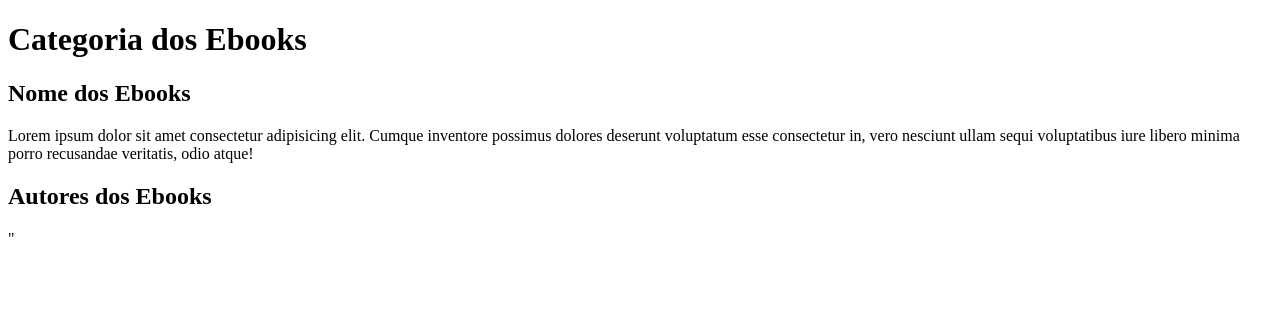
Repository: monfredo18/E-book
Page: Conteúdo.html
The author's editor kept a copy of each file at every save. The page is drawn from the files as they stood at one save, then again after the next save.
The browser window is 1280 px wide. The pictures show the whole page.

Above is the page before, as saved 2025-09-04 17:51:31.

### Conteúdo.html
<!DOCTYPE html>
<html lang="pt-br">
<head>
    <meta charset="UTF-8">
    <meta name="viewport" content="width=device-width, initial-scale=1.0">
    <title>Venda seus Ebooks</title>
</head>
<body>
    <main>
        <header>
            <h1>Categoria dos Ebooks</h1>
        </header>
        <article>
            <h2>Nome dos Ebooks</h2>
            <p>Lorem ipsum dolor sit amet consectetur adipisicing elit. Cumque inventore possimus dolores deserunt voluptatum esse consectetur in, vero nesciunt ullam sequi voluptatibus iure libero minima porro recusandae veritatis, odio atque!</p>
        </article>
        <article>
            <h2>Autores dos Ebooks</h2>
            <p></p>
        </article>
    </main>
</body>
</html>"

After the next save:
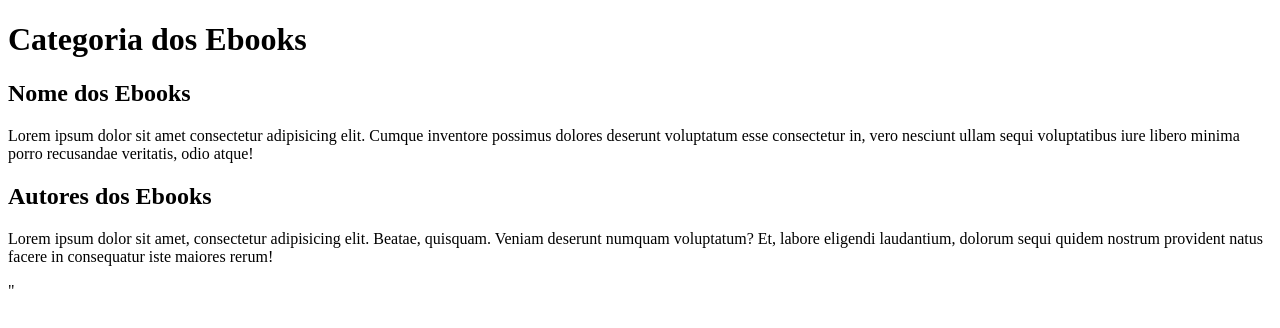
Saved 4 s later.
--- a/Conteúdo.html
+++ b/Conteúdo.html
@@ -16,7 +16,7 @@
         </article>
         <article>
             <h2>Autores dos Ebooks</h2>
-            <p></p>
+            <p>Lorem ipsum dolor sit amet, consectetur adipisicing elit. Beatae, quisquam. Veniam deserunt numquam voluptatum? Et, labore eligendi laudantium, dolorum sequi quidem nostrum provident natus facere in consequatur iste maiores rerum!</p>
         </article>
     </main>
 </body>
